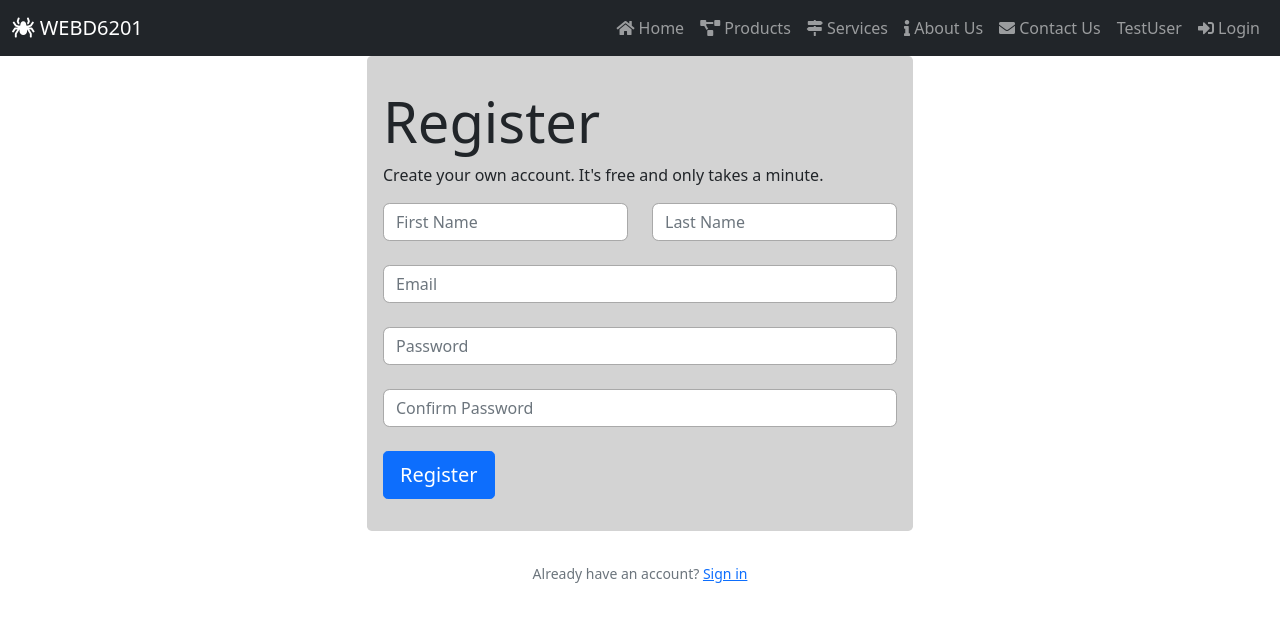
Repository: soumyann/soumyann11.github.io
Page: register.html
The author's editor kept a copy of each file at every save. The page is drawn from the files as they stood at one save, then again after the next save.
The browser window is 1280 px wide. The pictures show the whole page.

Above is the page before, as saved 2022-02-27 14:02:47.

### register.html
<!DOCTYPE html>
<html lang="en">

<head>
  <meta charset="UTF-8">
  <meta http-equiv="X-UA-Compatible" content="IE=edge">
  <meta name="viewport" content="width=device-width, initial-scale=1.0">
  <title>Register</title>
  <!-- CSS Section -->
  <link rel="stylesheet" href="./node_modules/bootstrap/dist/css/bootstrap.min.css">
  <link rel="stylesheet" href="./node_modules/@fortawesome/fontawesome-free/css/all.min.css">
  <link rel="stylesheet" href="./Content/app.css">
</head>

<body>
  <header></header>

  <!-- Main Content -->
  <main class="container" id="mainContent">
    <div class="row">
      <div class="offset-md-3 col-md-6 col-sm-12">
        <div class="login" id="contentArea">
          <h1 class="display-4">Register</h1>
          <form id="registerForm" novalidate>
            <p class="hint-text">Create your own account. It's free and only takes a minute.</p>

            <div class="form-group">
              <div class="row">
                <div class="col-md-6">
                  <input class="form-control" type="text" name="firstName" id="FirstName" placeholder="First Name"
                    required>
                </div>
                <div class="col-md-6">
                  <input class="form-control" type="text" name="lastName" id="lastName" placeholder="Last Name"
                    required>
                </div>
              </div>
            </div>
            <br />

            <div class="form-group">
              <div class="row">
                <div class="col-md-12">
                  <input type="email" class="form-control" id="emailAddress" name="emailAddress" required value=""
                    placeholder="Email">
                </div>
              </div>

            </div><br />

            <div class="form-group">
              <div class="row">
                <div class="col-md-12">
                  <input type="password" class="form-control" id="password" name="password" required value=""
                    placeholder="Password">
                </div>
              </div>

            </div><br />

            <div class="form-group">
              <div class="row">
                <div class="col-md-12">
                  <input type="password" class="form-control" id="confirmPassword" name="confirmPassword" required
                    value="" placeholder="Confirm Password">
                </div>
              </div>

            </div><br />


            <div class="text-right">
              <button id="submitButton" type="submit" class="btn btn-primary btn-lg">Register</button>
            </div>
          </form>

        </div>
        <p class="text-center text-muted small">
          Already have an account?
          <a href="login.html">Sign in</a>
        </p>
      </div>
    </div>
  </main>


  <!-- Scripting Section -->
  <script src="./node_modules/jquery/dist/jquery.min.js"></script>
  <script src="./node_modules/bootstrap/dist/js/bootstrap.min.js"></script>

  <script src="./Scripts/namespace.js"></script>
  <script src="./Scripts/contact.js"></script>
  <script src="./Scripts/app.js"></script>
</body>

</html>

### Content/app.css
.input-group-addon:first-child
{
    border-right: 0;
}

.input-group-addon
{
    padding: 6px 12px;
    font-size: 14px;
    font-weight: 400;
    line-height: 1;
    text-align: center;
    border: 1px solid darkgrey;
    border-radius: 4xpx;
}

.input-group-addon .fa
{
    font-size: 18px;
}

.input-group .form-control
{
    position:relative;
    z-index: 2;
    float:left;
    margin-bottom: 0;
}

.input-group .form-control:last-child
{
    border-top-left-radius: 0;
    border-bottom-left-radius: 0;
}



.login
{
    padding: 2rem 1rem;
    margin-bottom: 2rem;
    background-color: lightgrey;
    border-radius: .3rem;
}

.login input
{
    background-color: white;
    border-color: darkgrey;
    border-radius: .4em;
    width: 100%;
}

### Scripts/namespace.js
"use strict";
let core;

### Scripts/contact.js
(function (core){

    class Contact
    {

        //public properties (getters and setters)
        get FullName()
        {
            return this.m_fullName;
        }
        set FullName(fullName)
        {
            this.m_fullName=fullName;
        }

        get ContactNumber()
        {
            return this.m_contactNumber;
        }
        set ContactNumber(contactNumber)
        {
            this.m_contactNumber=contactNumber;
        }

        get EmailAddress()
        {
            return this.m_emailAddress;
        }
        set EmailAddress(emailAddress)
        {
            this.m_emailAddress=emailAddress;
        }

        //constructor

        constructor(fullName="", contactNumber="", emailAddress="")
        {
            this.FullName=fullName;
            this.ContactNumber=contactNumber;
            this.EmailAddress=emailAddress;
        }

        //Public methods

        serialize()
        {
            if(this.FullName !== "" && this.ContactNumber !== "" && this.EmailAddress !== "")
            {
                return `${this.FullName},${this.ContactNumber},${this.EmailAddress}`;
            }
            console.error("One or more properties of the Contact Object are missing or empty");
            return null;
        }

        deserialize(data) // assume that the data object is a comma-separated list of properties
        {
            let propertyArray = data.split(",");
            this.FullName = propertyArray[0];
            this.ContactNumber = propertyArray[1];
            this.EmailAddress = propertyArray[2];
        }

        // public overrides

        toString()
        {
            return `Full Name     : ${this.FullName}\nContact Number: ${this.ContactNumber}\nEmail Address : ${this.EmailAddress}`;
        }


    }

     core.Contact = Contact;
})(core || (core = {}));

### Scripts/app.js
// IIFE -- Immediately Invoked Function Expression
// AKA Anonymous Self-Executing Function
(function()
{
    /**
     * This method uses AJAX to open a connection to the url and returns data to the callback function
     *
     * @param {string} method
     * @param {string} url
     * @param {Function} callback
     */
    function AjaxRequest(method, url, callback)
    {
        // step 1 - instantiate an XHR object
        let XHR = new XMLHttpRequest();

        // step 2 - create an event listener / handler for readystatechange event
        XHR.addEventListener("readystatechange", () =>
        {
            if(XHR.readyState === 4 && XHR.status === 200)
            {
               callback(XHR.responseText);
            }
        });

        // step 3 - open a connection to the server
        XHR.open(method, url);

        // step 4 - send the request to the server
        XHR.send();
    }

    /**
     * This function loads the NavBar from the header file and injects it into the page
     *
     * @param {string} data
     */
    function LoadHeader(data)
    {
        $("header").html(data); // data payload
        $(`li>a:contains(${document.title})`).addClass("active"); // add a class of 'active'
        CheckLogin();
    }


    function DisplayAboutPage()
    {
        console.log("About Us Page");
    }

    function DisplayProductsPage()
    {
        console.log("Products Page");
    }

    function DisplayServicesPage()
    {
        console.log("Services Page");
    }


    function DisplayHomePage()
    {
        console.log("Home Page");

        $("#AboutUsButton").on("click", function()
        {
            location.href = "about.html";
        });

        $("main").append(`<p id="MainParagraph" class="mt-3">This is the Main Paragraph</p>`);
        //Article.innerHTML = ArticleParagraph;
        $("body").append(`<article class="container">
        <p id="ArticleParagraph" class="mt-3">This is the Article Paragraph</p>
        </article>`);
    }

    /**
     * Adds a Contact Object to localStorage
     *
     * @param {string} fullName
     * @param {string} contactNumber
     * @param {string} emailAddress
     */
    function AddContact(fullName, contactNumber, emailAddress)
    {
        let contact = new core.Contact(fullName, contactNumber, emailAddress);
        if(contact.serialize())
        {
            let key = contact.FullName.substring(0, 1) + Date.now();

            localStorage.setItem(key, contact.serialize());
        }
    }

    /**
     * This method validates an input text field in the form and displays
     * an error in the message area div element
     *
     * @param {string} input_field_ID
     * @param {RegExp} regular_expression
     * @param {string} error_message
     */
    function ValidateField(input_field_ID, regular_expression, error_message)
    {
        let messageArea = $("#messageArea").hide();

        $("#" + input_field_ID).on("blur", function()
        {
            let input_text_field = $(this).val();
            if(!regular_expression.test(input_text_field))
            {
                $(this).trigger("focus").trigger("select");
                messageArea.addClass("alert alert-danger").text(error_message).show();
            }
            else
            {
                messageArea.removeAttr("class").hide();
            }
        });
    }

    function ContactFormValidation()
    {
        ValidateField("fullName",/^([A-Z][a-z]{1,3}.?\s)?([A-Z][a-z]{1,25})+(\s|,|-)([A-Z][a-z]{1,25})+(\s|,|-)*$/,"Please enter a valid Full Name. This must include at least a Capitalized first name followed by a Capitalized last Name.");
        ValidateField("contactNumber",/^(\+\d{1,3}[\s-.])?\(?\d{3}\)?[\s-.]?\d{3}[\s-.]?\d{4}$/,"Please enter a valid Contact Number. Example: (905) 555-5555");
        ValidateField("emailAddress",/^[a-zA-Z0-9._-]+@[a-zA-Z0-9.-]+\.[a-zA-Z]{2,10}$/,"Please enter a valid Email Address.");
    }

    function DisplayContactPage()
    {
        console.log("Contact Us Page");

        ContactFormValidation();

        let sendButton = document.getElementById("sendButton");
        let subscribeCheckbox = document.getElementById("subscribeCheckbox");

        sendButton.addEventListener("click", function(event)
        {
            //event.preventDefault();

            if(subscribeCheckbox.checked)
            {
                AddContact(fullName.value, contactNumber.value, emailAddress.value);
            }
        });
    }

    function DisplayContactListPage()
    {
        console.log("Contact-List Page");

        if(localStorage.length > 0) // check if localStorage has something in it
        {
            let contactList = document.getElementById("contactList");

            let data = "";

            let keys = Object.keys(localStorage);

            let index = 1;

            //for every key in the keys collection loop
            for(const key of keys)
            {
                let contactData = localStorage.getItem(key); // retrieve contact data from localStorage

                let contact = new core.Contact(); // create an empty Contact Object
                contact.deserialize(contactData);

                data += `<tr>
                <th scope="row" class="text-center">${index}</th>
                <td>${contact.FullName}</td>
                <td>${contact.ContactNumber}</td>
                <td>${contact.EmailAddress}</td>
                <td class="text-center"><button value="${key}" class="btn btn-primary btn-sm edit"><i class="fas fa-edit fa-sm"></i> Edit</button></td>
                <td class="text-center"><button value="${key}" class="btn btn-danger btn-sm delete"><i class="fas fa-trash-alt fa-sm"></i> Delete</button></td>
                </tr>
                `;



                index++;
            }

            contactList.innerHTML = data;

            $("#addButton").on("click", () =>
            {
                location.href = "edit.html#add";
            });

            $("button.delete").on("click", function()
            {
                if(confirm("Are you sure?"))
                {
                    localStorage.removeItem($(this).val());
                }

                location.href = "contact-list.html";
            });

            $("button.edit").on("click", function()
            {
                location.href = "edit.html#" + $(this).val();
            });
        }
    }

    function DisplayEditPage()
    {
        console.log("Edit Page");

        ContactFormValidation();

        let page = location.hash.substring(1);

        switch(page)
        {
            case "add":
                {
                    $("main>h1").text("Add Contact");

                    $("#editButton").html(`<i class="fas fa-plus-circle fa-lg"></i> Add`);

                    $("#editButton").on("click", (event) =>
                    {
                        event.preventDefault();
                        // Add Contactt
                        AddContact(fullName.value, contactNumber.value, emailAddress.value);
                        // Refresh the contact-list page
                        location.href ="contact-list.html";
                    });

                    $("#cancelButton").on("click", () =>
                    {
                        location.href ="contact-list.html";
                    });

                }
                break;
            default:
                {
                    // get the contact info from localStorage
                    let contact = new core.Contact();
                    contact.deserialize(localStorage.getItem(page));

                    // display the contact info in the edit form
                    $("#fullName").val(contact.FullName);
                    $("#contactNumber").val(contact.ContactNumber);
                    $("#emailAddress").val(contact.EmailAddress);

                    // when Edit is pressed - update the contact
                    $("#editButton").on("click", (event)=>
                    {
                        event.preventDefault();

                        // get any changes from the form
                        contact.FullName = $("#fullName").val();
                        contact.ContactNumber = $("#contactNumber").val();
                        contact.EmailAddress = $("#emailAddress").val();

                        // replace the item in localStorage
                        localStorage.setItem(page, contact.serialize());

                        // return to the contact-list
                        location.href ="contact-list.html";
                    });

                    $("#cancelButton").on("click", () =>
                    {
                        location.href ="contact-list.html";
                    });

                }
                break;
        }
    }

    function DisplayLoginPage()
    {
        console.log("Login Page");

        let messageArea = $("#messageArea");
        messageArea.hide();

        $("#loginButton").on("click", function()
        {
            let success = false;

            // create an empty User object
            let newUser = new core.User();

            // use jQuery shortcut to load the users.json file
            $.get("./Data/users.json", function(data)
            {
                // for everry user in the users.json file, loop
                for (const user of data.users)
                {
                    // check if the username and password entered match with user
                    if(username.value == user.Username && password.value == user.Password)
                    {
                        // get the user data from the file and assign it to our empty user object
                        newUser.fromJSON(user);
                        success = true;
                        break;
                    }
                }

                 // if username and password matches - success...perform the login sequence
                if(success)
                {

                    $("#loginUser").html(username.value);

                    // add user to session storage
                    sessionStorage.setItem("user", newUser.serialize());

                    // hide any error messages
                    messageArea.removeAttr("class").hide();

                    // redirect the user to the secure area of our site - contact-list
                    location.href = "contact-list.html";

                }
                else
                {
                    // display an error message
                    $("#username").trigger("focus").trigger("select");
                    messageArea.addClass("alert alert-danger").text("Error: Invalid Login Information.").show();
                }
            });



            $("#cancelButtton").on("click", function()
            {
                // clear the login form
                document.forms[0].reset();

                // return to  the home page
                location.href = "index.html";
            });
        });
    }

    function CheckLogin()
    {
        // if user is logged in
        if(sessionStorage.getItem("user"))
        {
            // swap out the login link for the logout link
            $("#login").html(
                `<a id="logout" class="nav-link" href="#"><i class="fas fa-sign-out-alt"></i> Logout</a>`
            );

            $("#logout").on("click", function()
            {
                // perform logout
                sessionStorage.clear();

                // redirect back to login
                location.href = "login.html";
            });
        }
    }

    function DisplayRegisterPage()
    {
        console.log("Register Page");
    }

    // named function
    function Start()
    {
        console.log("App Started!!");

        AjaxRequest("GET", "header.html", LoadHeader);



        switch (document.title) {
          case "Home":
            DisplayHomePage();
            break;
          case "Contact Us":
            DisplayContactPage();
            break;
          case "Contact-List":
            DisplayContactListPage();
            break;
          case "About Us":
            DisplayAboutPage();
            break;
          case "Our Products":
            DisplayProductsPage();
            break;
          case "Our Services":
            DisplayServicesPage();
            break;
          case "Edit":
            DisplayEditPage();
            break;
          case "Login":
            DisplayLoginPage();
            break;
          case "Register":
            DisplayRegisterPage();
            break;
        }
    }

    window.addEventListener("load", Start);

})();

### header.html
<nav class="navbar navbar-expand-lg navbar-dark bg-dark">
  <div class="container-fluid">
    <a class="navbar-brand" href="index.html"><i class="fas fa-spider"></i> WEBD6201</a>
    <button class="navbar-toggler" type="button" data-bs-toggle="collapse" data-bs-target="#navbarSupportedContent"
      aria-controls="navbarSupportedContent" aria-expanded="false" aria-label="Toggle navigation">
      <span class="navbar-toggler-icon"></span>
    </button>
    <div class="collapse navbar-collapse" id="navbarSupportedContent">
      <ul class="navbar-nav ms-auto mb-2 mb-lg-0">
        <li class="nav-item">
          <a class="nav-link" href="index.html"><i class="fas fa-home"></i> Home</a>
        </li>
        <li class="nav-item">
          <a class="nav-link" href="products.html"><i class="fas fa-project-diagram"></i> Products</a>
        </li>
        <li class="nav-item">
          <a class="nav-link" href="services.html"><i class="fas fa-map-signs"></i> Services</a>
        </li>
        <li class="nav-item">
          <a class="nav-link" href="about.html"><i class="fas fa-info"></i> About Us</a>
        </li>
        <li class="nav-item">
          <a class="nav-link" href="contact.html"><i class="fas fa-envelope"></i> Contact Us</a>
        </li>
        <li class="nav-item">
          <label id="loginUser" class="nav-link">TestUser</label>
        </li>
        <li id="login" class="nav-item">
          <a class="nav-link" href="login.html"><i class="fas fa-sign-in-alt"></i> Login</a>
        </li>
      </ul>
    </div>
  </div>
</nav>

Loaded but not shown: node_modules/bootstrap/dist/css/bootstrap.min.css (library); node_modules/@fortawesome/fontawesome-free/css/all.min.css (library); node_modules/jquery/dist/jquery.min.js (library); node_modules/bootstrap/dist/js/bootstrap.min.js (library)

After the next save:
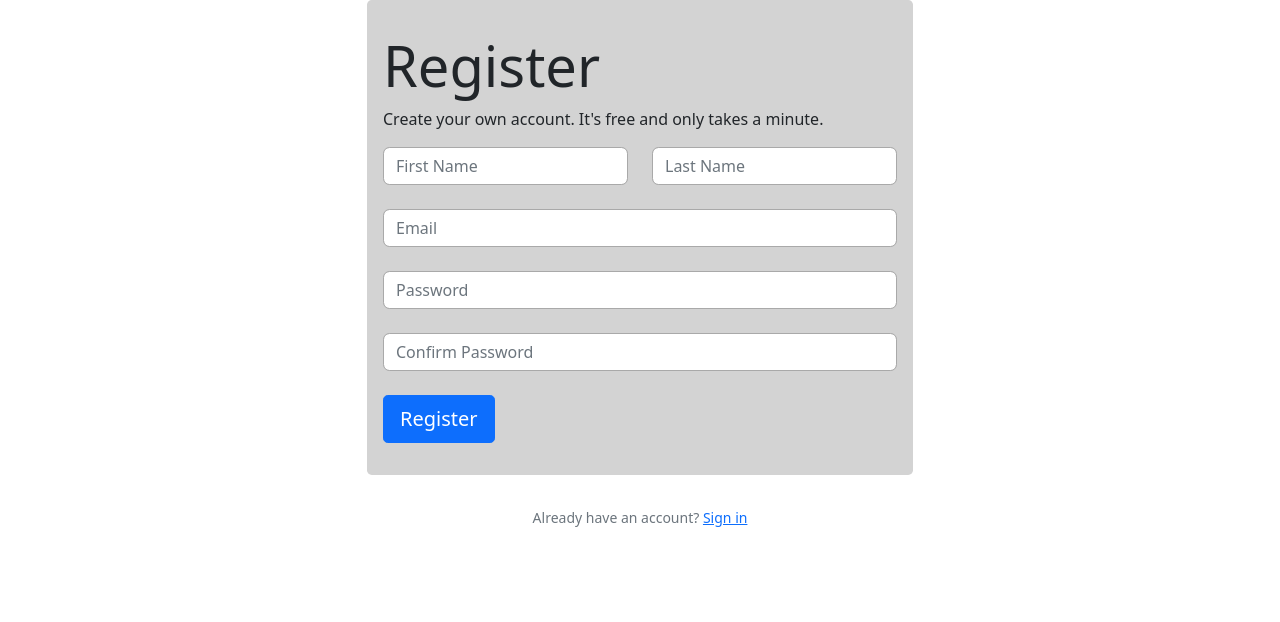
Console error: SyntaxError: Unexpected token ')'
Saved 15 s later.
--- a/Scripts/app.js
+++ b/Scripts/app.js
@@ -311,8 +311,8 @@
                  // if username and password matches - success...perform the login sequence
                 if(success)
                 {
-
-                    $("#loginUser").html(username.value);
+                    alert$("#loginUser").text(());
+                    $("#loginUser").text(username.value);
 
                     // add user to session storage
                     sessionStorage.setItem("user", newUser.serialize());

After the save that followed:
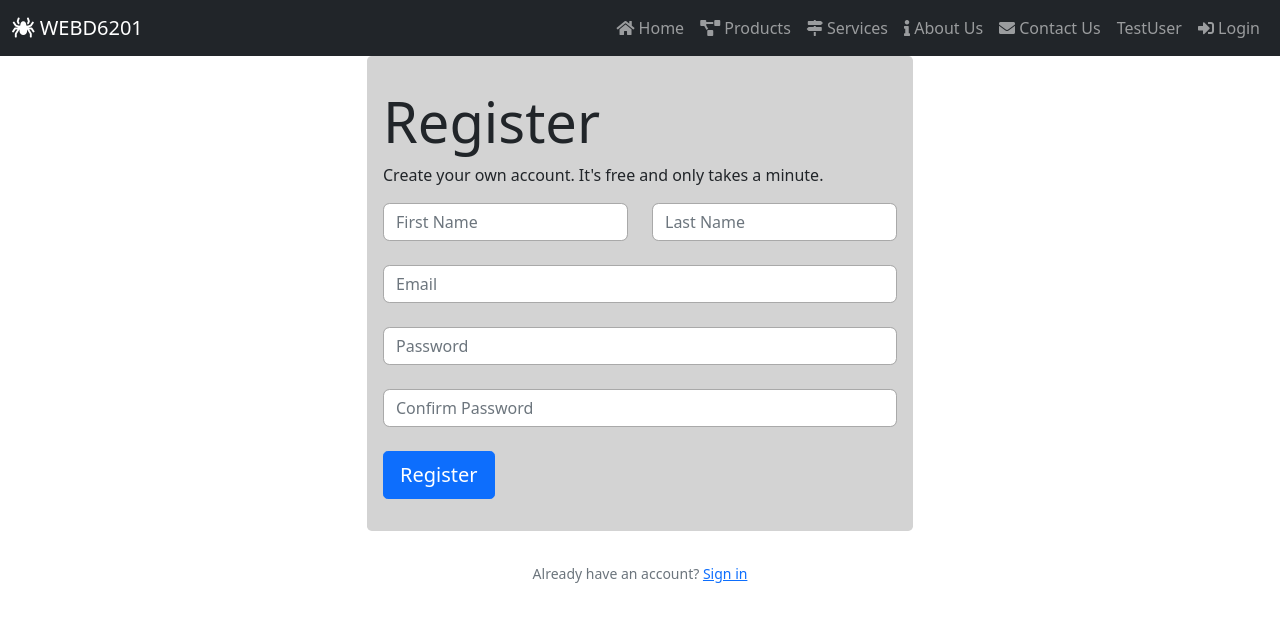
The error is gone.
Saved 22 s later.
--- a/Scripts/app.js
+++ b/Scripts/app.js
@@ -311,7 +311,7 @@
                  // if username and password matches - success...perform the login sequence
                 if(success)
                 {
-                    alert$("#loginUser").text(());
+                    alert$("#loginUser").text();
                     $("#loginUser").text(username.value);
 
                     // add user to session storage
